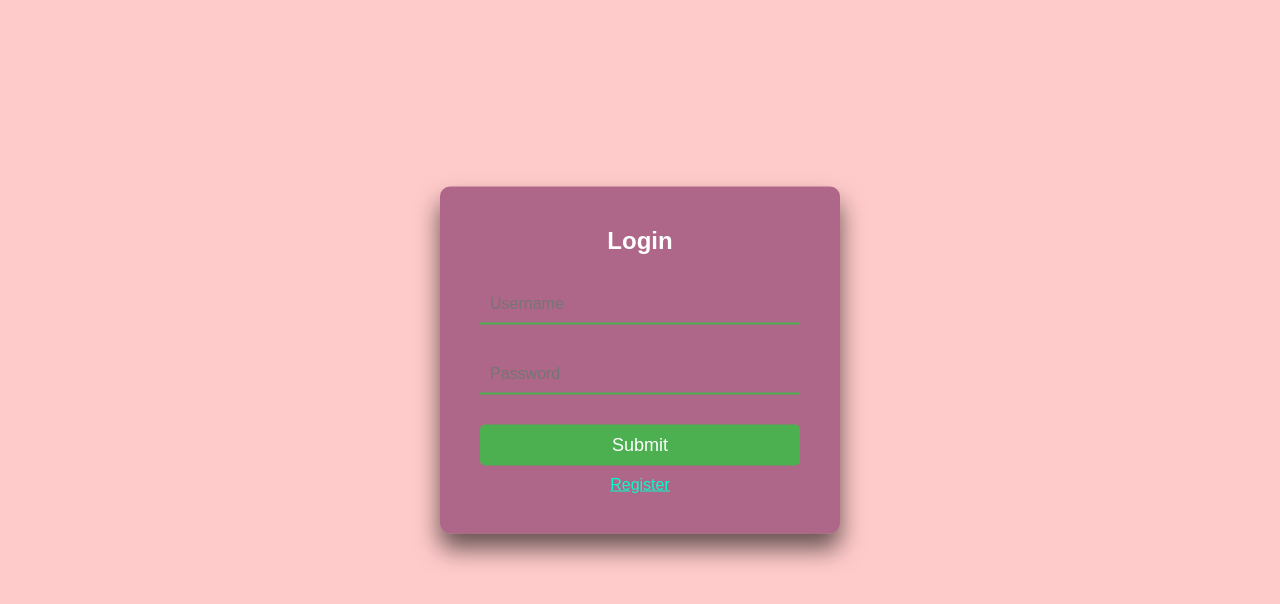
Repository: SRBshakib/Safe-Food---DBMS-project
Page: Organaization/login.html
The author's editor kept a copy of each file at every save. The page is drawn from the files as they stood at one save, then again after the next save.
The browser window is 1280 px wide. The pictures show the whole page.

Above is the page before, as saved 2024-11-10 21:54:41.

After the next save:
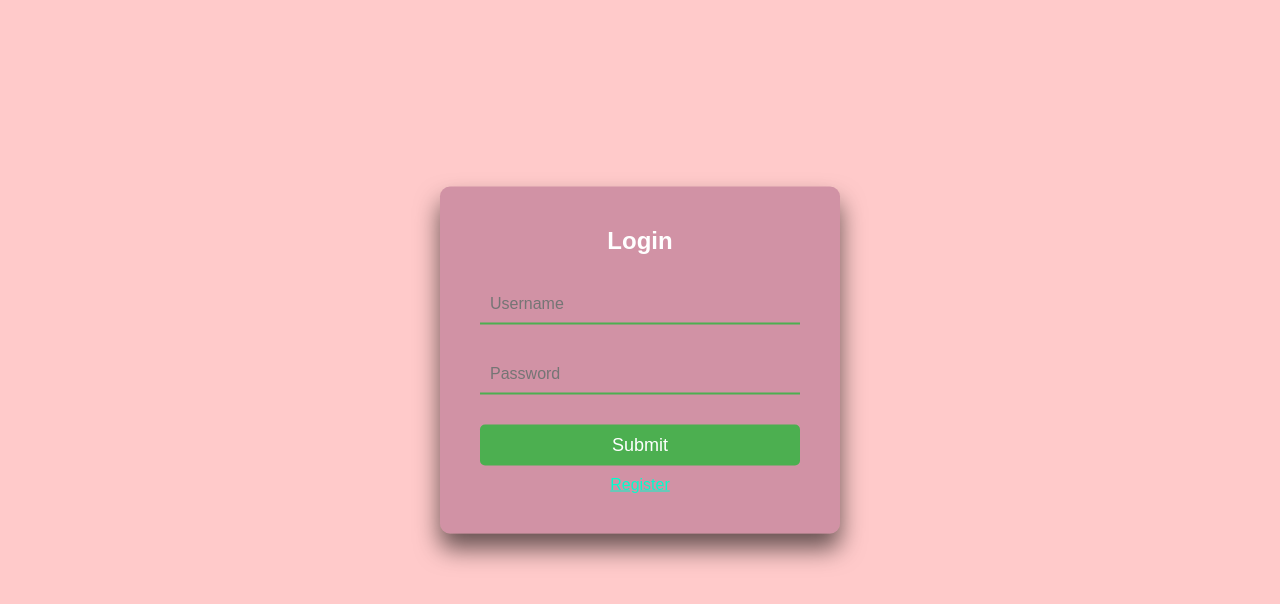
Saved 7 s later.
--- a/Organaization/style_login.css
+++ b/Organaization/style_login.css
@@ -23,7 +23,7 @@ body {
     width: 400px;
     padding: 40px;
     transform: translate(-50%, -50%);
-    background: rgba(94, 7, 72, 0.5);
+    background: rgba(94, 7, 72, 0.281);
     box-shadow: 0 15px 25px rgba(0, 0, 0, 0.6);
     border-radius: 10px;
     text-align: center;
